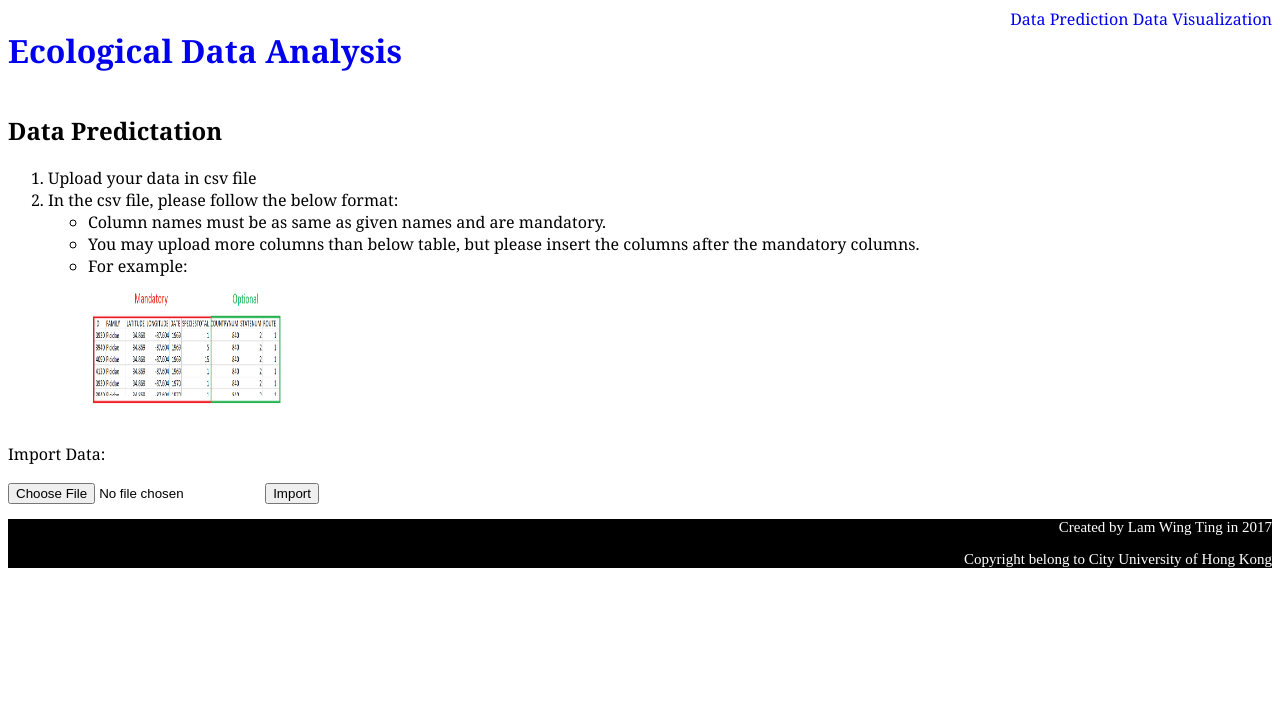
Repository: JenniferLam/FYP
Page: WebAppDev/FYP_webapp/WebContent/prediction/dataPred.html
These files come from the project's save history. The page is drawn as it stood at one moment and after the next save; the edit follows.
The browser window is 1280 px wide. The pictures show the whole page.

Above is the page before, as saved 2018-02-02 15:07:41.

After the next save:
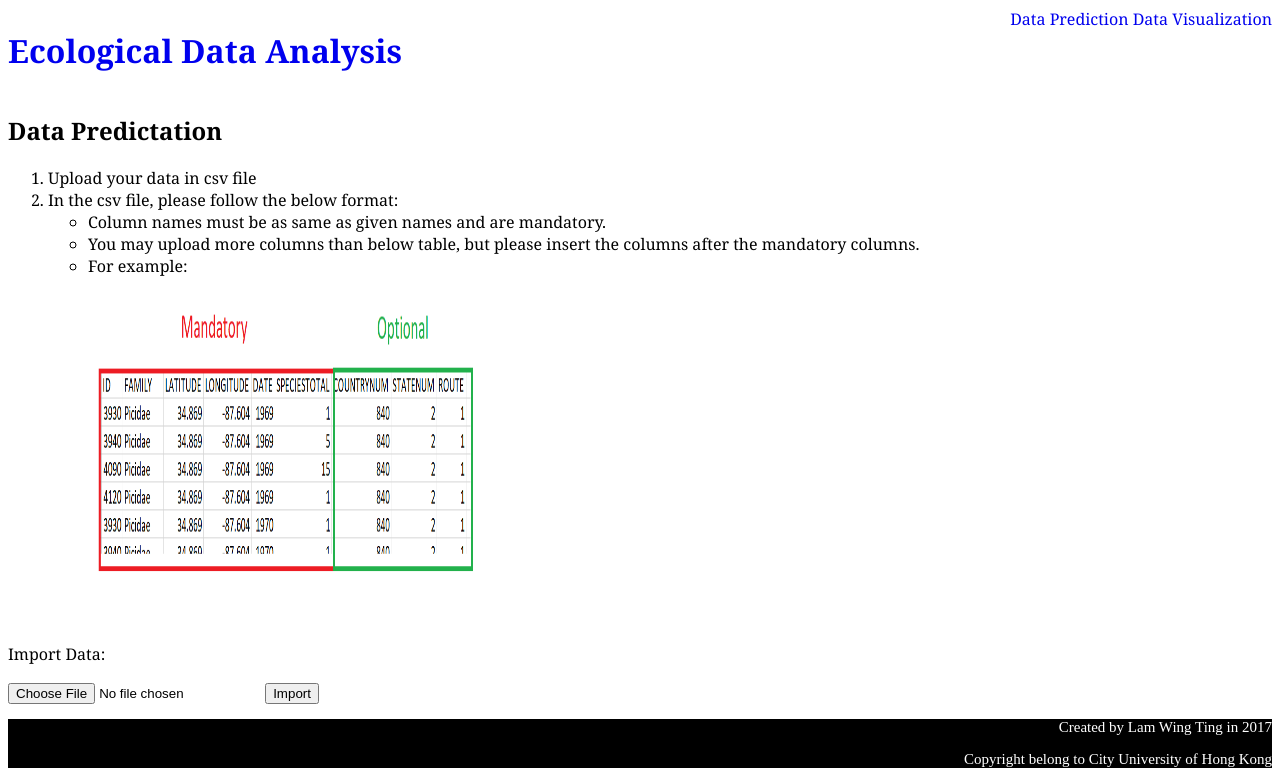
Saved 8 s later.
--- a/WebAppDev/FYP_webapp/WebContent/prediction/dataPred.css
+++ b/WebAppDev/FYP_webapp/WebContent/prediction/dataPred.css
@@ -1,4 +1,4 @@
 img{
-	width:200px;
-	height:150px;
+	width:400px;
+	height:350px;
 }
